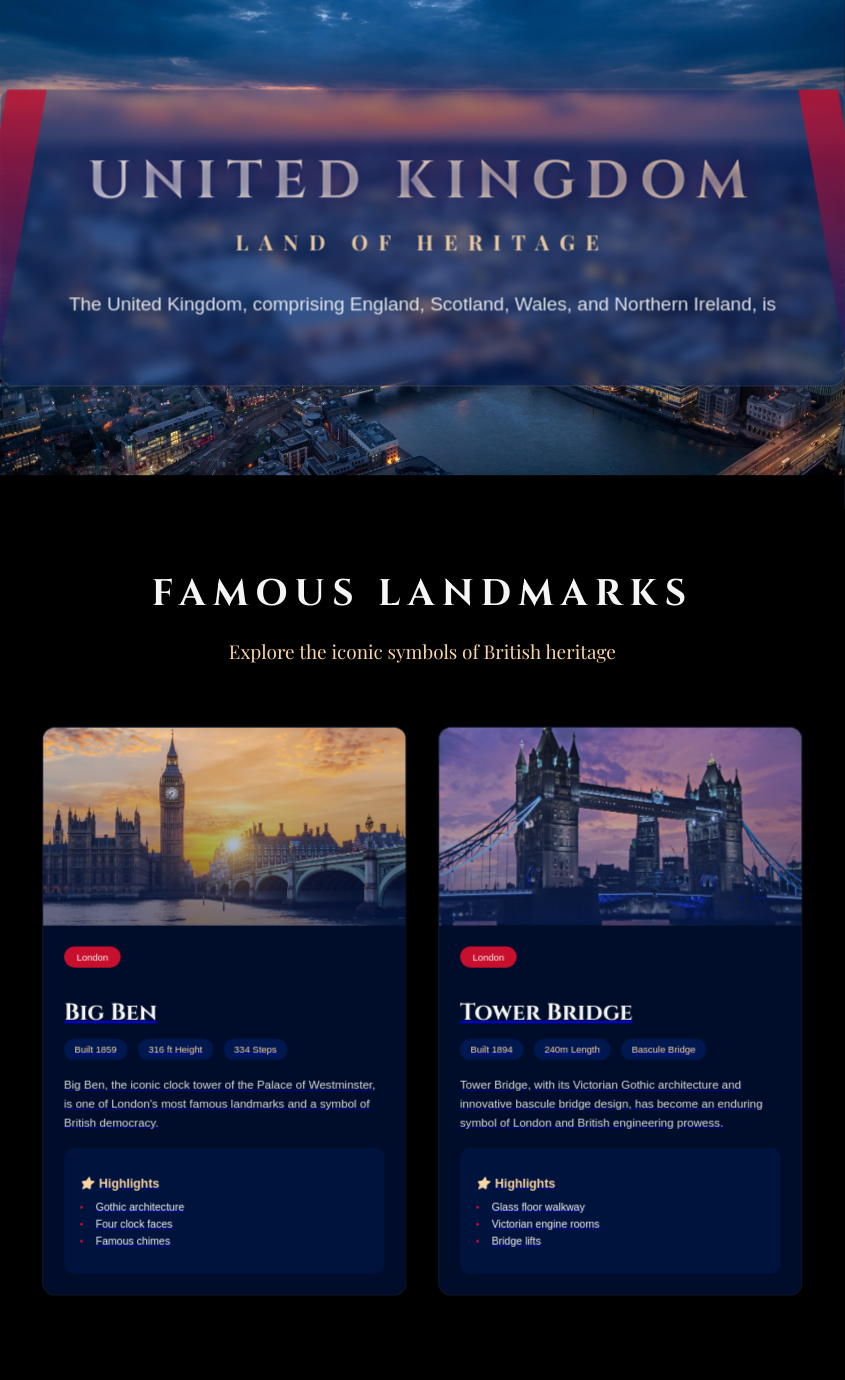
Repository: huang-heavenly-Emperor/NewYork
Page: uk.html
An editor plug-in stored every save of this project. The page is shown before and after a run of saves, followed by the edit.
The browser window is 1280 px wide. The pictures show the whole page, at 66% of full size.
Backgrounds fixed to the window are drawn as part of the page.

Above is the page before, as saved 2025-02-19 16:13:10.
Not found: images/uk-pattern.jpg

After the next 2 saves:
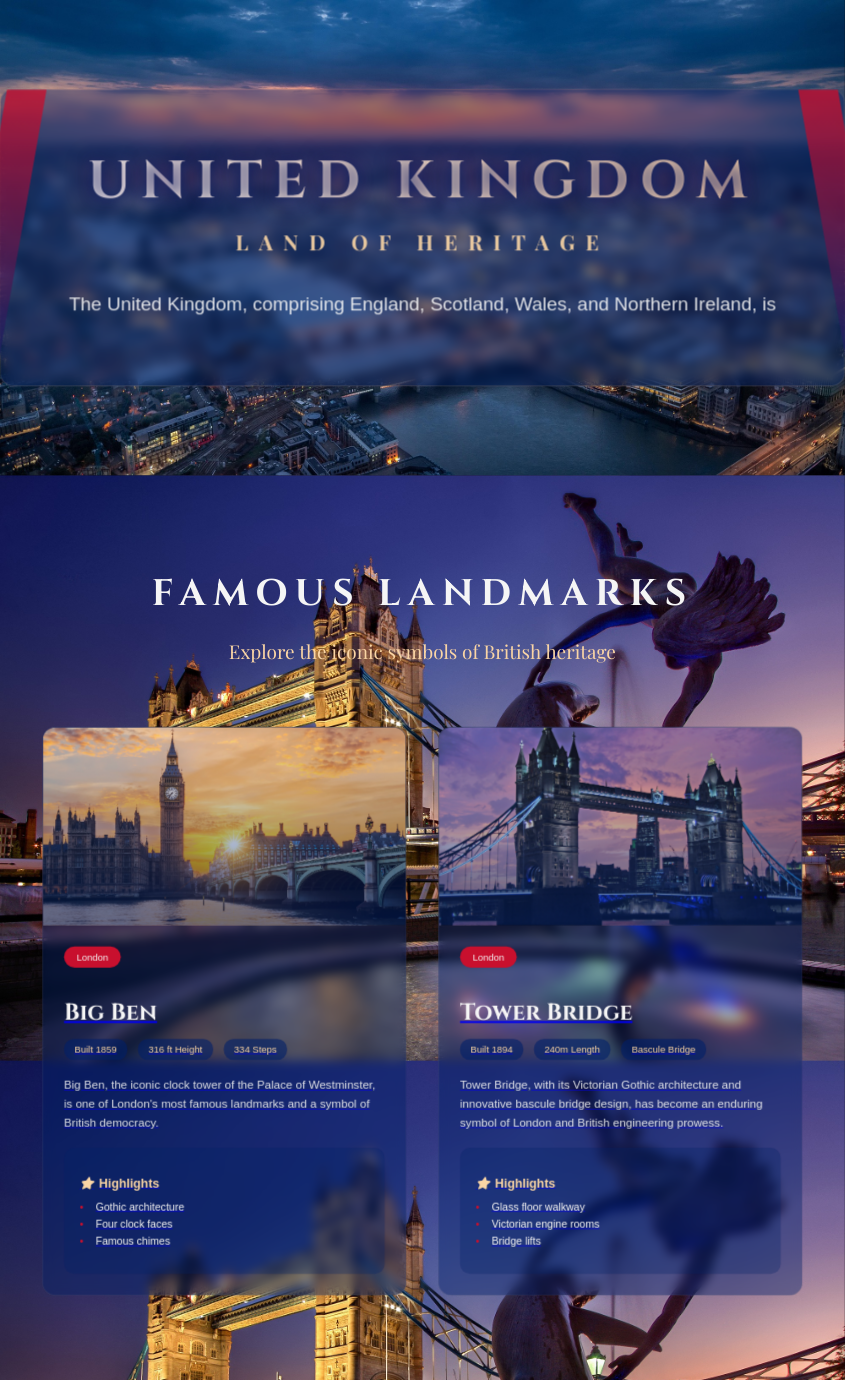
The 2 saves are shown as one change because they came seconds apart.
The last was saved 28 s later.
--- a/css/uk.css
+++ b/css/uk.css
@@ -143,7 +143,7 @@
 /* 地标部分 */
 .continent-section {
     padding: 6rem 2rem;
-    background: url('../images/uk-pattern.jpg') center/cover fixed;
+    background: url('../images/uk-bg2.jpg') center/cover fixed;
 }
 
 .section-header {
